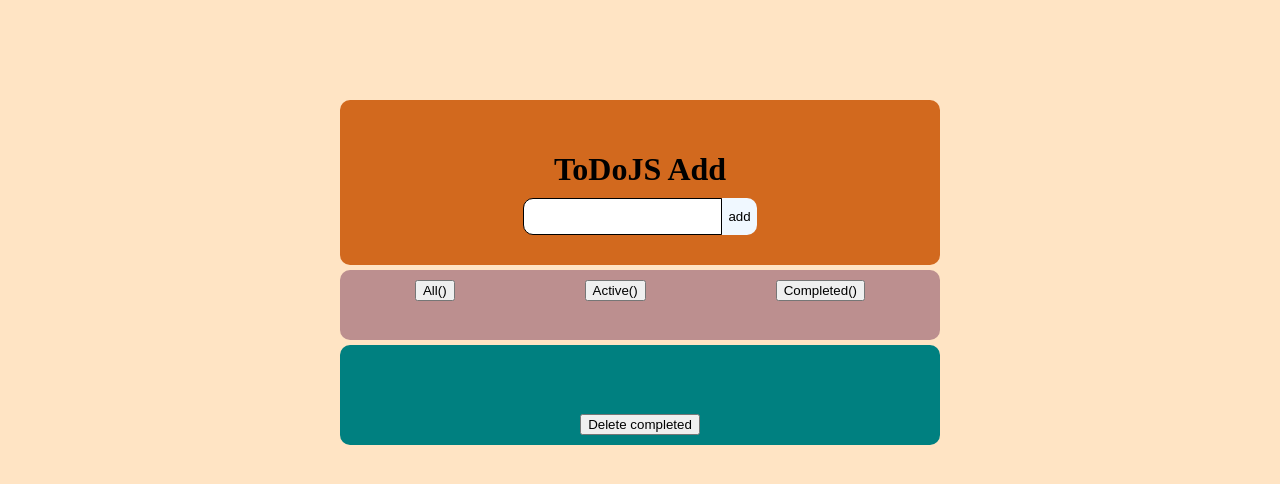
Repository: Savich01/todoTest
Page: index.html
These files come from the project's save history. The page is drawn as it stood at one moment and after the next save; the edit follows.
The browser window is 1280 px wide. The pictures show the whole page.

Above is the page before, as saved 2024-05-06 13:05:12.

After the next save:
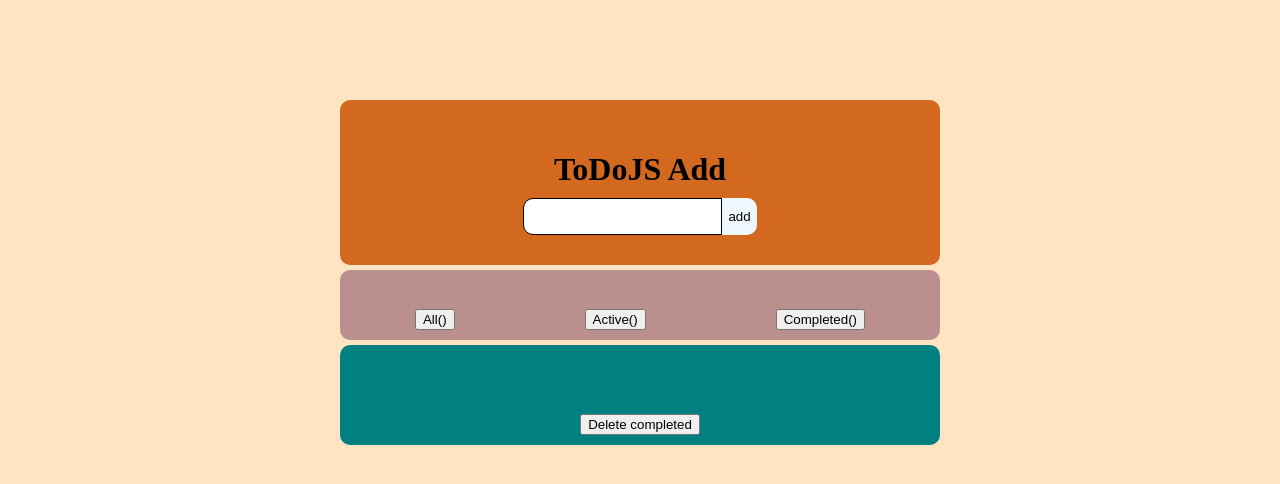
Saved 56 min 32 s later.
--- a/index.html
+++ b/index.html
@@ -21,17 +21,17 @@
      <main class="main">
         <div class="main-block">
 
-            <!-- <div class="main-container">
+            <div class="main-container">
                 <ul class="main-container--list">
-                    <li class="main-container--list-link">
+                    <!-- <li class="main-container--list-link">
                         <input class="main-checked" type="checkbox">
                         <span class="main-text">lorem</span>
                     </li>
                     <button class="main--list-btn">
                         х
-                    </button>
+                    </button> -->
                </ul>
-            </div> -->
+            </div>
 
 
 

After the save that followed:
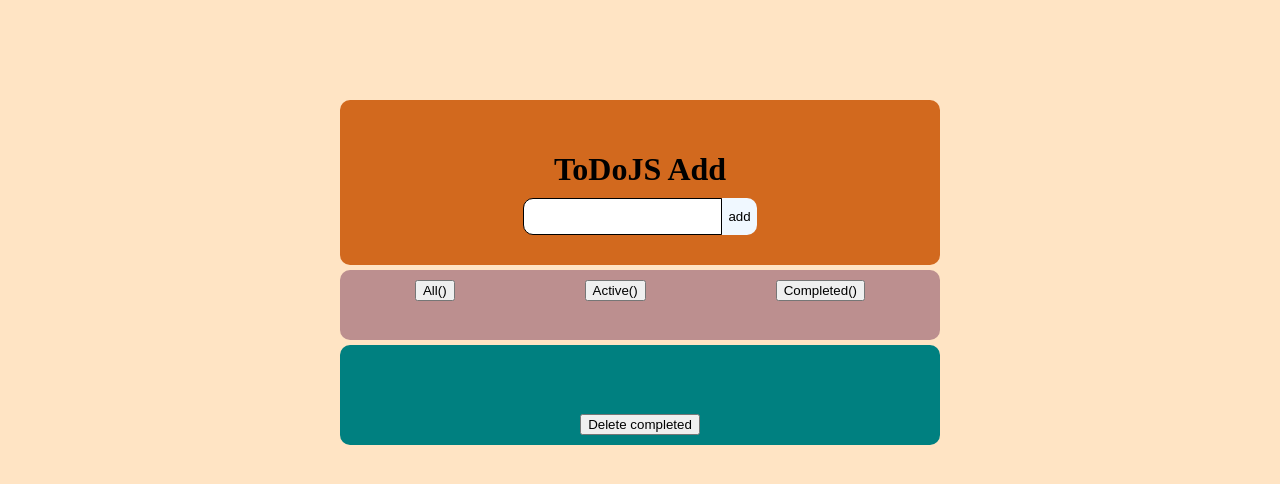
Saved 27 s later.
--- a/index.html
+++ b/index.html
@@ -21,17 +21,17 @@
      <main class="main">
         <div class="main-block">
 
-            <div class="main-container">
+            <!-- <div class="main-container">
                 <ul class="main-container--list">
-                    <!-- <li class="main-container--list-link">
+                    <li class="main-container--list-link">
                         <input class="main-checked" type="checkbox">
                         <span class="main-text">lorem</span>
                     </li>
                     <button class="main--list-btn">
                         х
-                    </button> -->
+                    </button>
                </ul>
-            </div>
+            </div> -->
 
 
 
